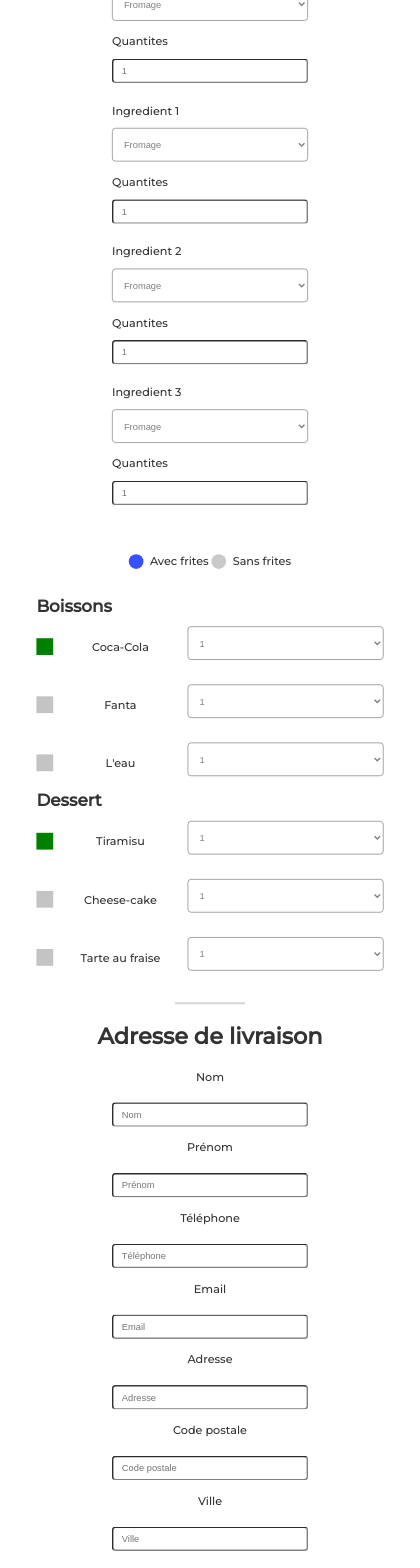
Repository: sisilass31/bella-olonje
Page: html/commande.html
The author's editor kept a copy of each file at every save. The page is drawn from the files as they stood at one save, then again after a run of saves.
The browser window is 600 px wide. The pictures show the part of the page from y = 1584 to 3824 px (the page is 4086 px tall), at 70% of full size.
Some web libraries are served in a nearby version.

Above is the page before, as saved 2023-02-15 09:52:43.

### html/commande.html
<!DOCTYPE html>
<html lang="fr">

<head>
  <meta charset="UTF-8">
  <meta http-equiv="X-UA-Compatible" content="IE=edge">
  <meta name="viewport" content="width=device-width, initial-scale=1.0">
  <link rel="stylesheet" href="https://pro.fontawesome.com/releases/v5.10.0/css/all.css">
  <link rel="stylesheet" href="../css/commande.css">
  <title>Votre commande</title>
</head>

<body>

  <header>
    <nav>
      <ul class='nav-bar'>
        <li class='logo'><a href='#'><img src="../img/logo.png" alt="jsp"></a></li>
        <input type='checkbox' id='check' />
        <span class="menu">
          <li><a href="acceuil.html" class="nav-link">Home</a></li>
          <li><a href="#pizza" class="nav-link">Pizzas</a></li>
          <li><a href="#burger" class="nav-link">Burgers</a></li>
          <li><a href="#salades" class="nav-link">Salades</a></li>
          <li><a href="contact.html" class="nav-link">Contact</a></li>
          <label for="check" class="close-menu"><i class="fas fa-times"></i></label>
        </span>
        <label for="check" class="open-menu"><i class="fas fa-bars"></i></label>
      </ul>
    </nav>

    <div class="food_app">
      <div class="title_food_app">
        <h3>Food app</h3>
        <strong>Chez Bella <br>chaque désir s'additionne.</strong>
      </div>
    </div>
  </header>

  <main>
    <div class="infos" id="form-infos">
      <form>
        <h1>Vos informations</h1>

        <div class="grp_infos">
          <div class="nom_prenom">
            <div class="label1">
              <label class="label_nom">Nom</label><br>
              <input type="text" placeholder="Nom">
            </div>
            <div class="label1">
              <label class="label_nom">Prénom</label><br>
              <input type="text" placeholder="Prénom">
            </div>
          </div>

          <div class="telephone_email">
            <div class="label1">
              <label class="label_nom">Téléphone</label><br>
              <input type="text" placeholder="Téléphone">
            </div>
            <div class="label1">
              <label class="label_nom">Email</label><br>
              <input type="text" placeholder="Email">
            </div>
          </div>
        </div>
      </form>
    </div>

    <hr>

    <div class="commande">
      <form>
        <h1>Votre commande</h1>
        <h3>Suppléments</h3>
        <div class="grp_suppliment">
          <div class="ingredient_quantite">
            <div class="fromage">
              <label>Ingredient</label><br>
              <select name="ingr" class="suppléments">
                <option value="fromage">Fromage</option>
                <option value="fromage">Fromage</option>
                <option value="fromage">Fromage</option>
                <option value="fromage">Fromage</option>
                <option value="fromage">Fromage</option>
                <option value="fromage">Fromage</option>
                <option value="fromage">Fromage</option>
              </select>
            </div>
            <div class="box">
              <label>Quantites</label><br>
              <input type="number" min="0" placeholder="1">
            </div>
          </div>

          <div class="ingredient_quantite">
            <div class="fromage">
              <label>Ingredient 1</label><br>
              <select name="ingr" class="suppléments">
                <option value="fromage">Fromage</option>
                <option value="fromage">Fromage</option>
                <option value="fromage">Fromage</option>
                <option value="fromage">Fromage</option>
                <option value="fromage">Fromage</option>
                <option value="fromage">Fromage</option>
                <option value="fromage">Fromage</option>
              </select>
            </div>
            <div class="box">
              <label>Quantites</label><br>
              <input type="number" min="0" placeholder="1">
            </div>
          </div>

          <div class="ingredient_quantite">
            <div class="fromage">
              <label>Ingredient 2</label><br>
              <select name="ingr" class="suppléments">
                <option value="fromage">Fromage</option>
                <option value="fromage">Fromage</option>
                <option value="fromage">Fromage</option>
                <option value="fromage">Fromage</option>
                <option value="fromage">Fromage</option>
                <option value="fromage">Fromage</option>
                <option value="fromage">Fromage</option>
              </select>
            </div>
            <div class="box">
              <label>Quantites</label><br>
              <input type="number" min="0" placeholder="1">
            </div>
          </div>

          <div class="ingredient_quantite">
            <div class="fromage">
              <label>Ingredient 3</label><br>
              <select name="ingr" class="suppléments">
                <option value="fromage">Fromage</option>
                <option value="fromage">Fromage</option>
                <option value="fromage">Fromage</option>
                <option value="fromage">Fromage</option>
                <option value="fromage">Fromage</option>
                <option value="fromage">Fromage</option>
                <option value="fromage">Fromage</option>
              </select>
            </div>
            <div class="box">
              <label>Quantites</label><br>
              <input type="number" min="0" placeholder="1">
            </div>
          </div>
        </div>


        <div class="check2">
          <label class="container">Avec frites
            <input type="radio" checked="checked" name="radio">
            <span class="checkmark"></span>
          </label>
          <label class="container">Sans frites
            <input type="radio" name="radio">
            <span class="checkmark"></span>
          </label>
        </div>


        <div class="all">
          <div class="content_of_boisson">
            <h2>Boissons</h2>
            <div class="boissons">
              <div class="carre"></div>
              <label>Coca-Cola</label>
              <select name="Fromage" class="Fromage" style="margin-top: 10px;">
                <option value="">1</option>
                <option value="">2</option>
                <option value="">3</option>
                <option value="">4</option>
              </select>
            </div>
            <div class="boissons">
              <div class="carre grey"></div>
              <label>Fanta</label>
              <select name="Fromage" class="Fromage" style="margin-top: 10px;">
                <option value="">1</option>
                <option value="">2</option>
                <option value="">3</option>
                <option value="">4</option>
              </select>
            </div>
            <div class="boissons">
              <div class="carre grey"></div>
              <label>L'eau</label>
              <select name="Fromage" class="Fromage" style="margin-top: 10px;">
                <option value="">1</option>
                <option value="">2</option>
                <option value="">3</option>
                <option value="">4</option>
              </select>
            </div>
          </div>

          <div class="content_of_dessert">
            <h2>Dessert</h2>
            <div class="boissons dessert">
              <div class="carre"></div>
              <label>Tiramisu</label>
              <select name="Fromage" class="Fromage" style="margin-top: 10px;">
                <option value="">1</option>
                <option value="">2</option>
                <option value="">3</option>
                <option value="">4</option>
              </select>
            </div>
            <div class="boissons dessert">
              <div class="carre grey"></div>
              <label>Cheese-cake</label>
              <select name="Fromage" class="Fromage" style="margin-top: 10px;">
                <option value="">1</option>
                <option value="">2</option>
                <option value="">3</option>
                <option value="">4</option>
              </select>
            </div>
            <div class="boissons dessert">
              <div class="carre grey"></div>
              <label>Tarte au fraise</label>
              <select name="Fromage" class="Fromage" style="margin-top: 10px;">
                <option value="">1</option>
                <option value="">2</option>
                <option value="">3</option>
                <option value="">4</option>
              </select>
            </div>
          </div>
        </div>

      </form>
    </div>

    <hr>

    <div class="livraison">
      <form>
        <h1>Adresse de livraison</h1>
        <div class="grp_infos">
          <div class="nom_prenom">
            <div class="label1">
              <label class="label_nom">Nom</label><br>
              <input type="text" placeholder="Nom">
            </div>
            <div class="label1">
              <label class="label_nom">Prénom</label><br>
              <input type="text" placeholder="Prénom">
            </div>
          </div>

          <div class="telephone_email">
            <div class="label1">
              <label class="label_nom">Téléphone</label><br>
              <input type="text" placeholder="Téléphone">
            </div>
            <div class="label1">
              <label class="label_nom">Email</label><br>
              <input type="text" placeholder="Email">
            </div>
          </div>
          <div class="nom_prenom">
            <div class="label1">
              <label class="label_nom">Adresse</label><br>
              <input type="text" placeholder="Adresse">
            </div>
            <div class="label1">
              <label class="label_nom">Code postale</label><br>
              <input type="text" placeholder="Code postale">
            </div>
          </div>

          <div class="telephone_email">
            <div class="label1">
              <label class="label_nom">Ville</label><br>
              <input type="text" placeholder="Ville">
            </div>
            <div class="label1">
              <label class="label_nom">Pays</label><br>
              <input type="text" placeholder="Pays">
            </div>
          </div>
        </div>
        <div class="div_button"><button class="button" type="button">Envoyer</button></div>
      </form>

    </div>
  </main>

</body>

### css/commande.css
@import url('https://fonts.googleapis.com/css2?family=Montserrat:wght@100;200;500&display=swap');

* {
    margin: 0px;
    padding: 0px;
    scroll-behavior: smooth;
    box-sizing: border-box;
}

html,
body {
    font-family: Montserrat, sans-serif;
    background-size: cover;
    background-position: center;
    height: 100vh;
    background-repeat: no-repeat;
    scroll-behavior: smooth;
}

/*navbar*/
.nav-bar {
    width: 100%;
    display: flex;
    justify-content: space-between;
    align-items: center;
    list-style: none;
    position: relative;
    background-color: #FFF;
    padding: 12px 20px;
}

.logo img {
    width: 150px;
}

.menu {
    display: flex;
}

.menu li {
    padding-left: 30px;
    padding-right: 55px;
}

.menu li a {
    display: inline-block;
    text-decoration: none;
    color: #333;
    text-align: center;
    position: relative;
}

.menu li a:hover {
    color: #FA4A0C;
}

.open-menu {
    position: absolute;
    color: #FA4A0C;
    cursor: pointer;
    font-size: 1.5rem;
    display: none;
}

.close-menu {
    position: absolute;
    color: #333;
    cursor: pointer;
    font-size: 1.5rem;
    display: none;
    padding: 10px;
}

.open-menu {
    top: 50%;
    right: 20px;
    transform: translateY(-50%);
}

.close-menu {
    top: 20px;
    right: 20px;
}

#check {
    display: none;
}

@media(max-width: 920px) {
    .menu {
        flex-direction: column;
        align-items: center;
        width: 60%;
        height: 100vh;
        position: fixed;
        top: 0;
        right: -100%;
        z-index: 100;
        background-color: #FA4A0C;
        transition: all 0.2s ease-in-out;
        padding-top: 100px;
    }

    .menu li {
        margin-top: 40px;
    }

    .menu li a {
        padding: 10px;
        color: #FFF;
    }

    .open-menu {
        display: block;
        padding-right: 25px;
        padding-top: 13px;
    }

    .close-menu {
        display: block;
        color: #FFF;
        padding-right: 25px;
        padding-top: 22px;
    }

    #check:checked~.menu {
        right: 0;
    }

    .menu li a:hover {
        color: #333;
    }

    .nav-link {
        font-family: Montserrat;
        letter-spacing: .8px;
    }
}

/*navbar*/


/*food_app*/
.title_food_app {
    padding-top: 50px;
}

.food_app {
    background-image: url(../img/food_app.png);
    min-height: 90vh;
    background-repeat: no-repeat;
    background-position: center;
    background-size: cover;
}

.title_food_app h3 {
    font-family: 'Montserrat';
    font-style: normal;
    font-weight: 550;
    font-size: 24px;
    line-height: 36px;
    text-align: center;
    letter-spacing: 0.1px;
    color: #F7F7F7;
    padding-top: 50px;
}

.title_food_app {

    font-family: Montserrat;
    font-style: normal;
    font-weight: 600;
    font-size: 58px;
    line-height: 80px;
    text-align: center;
    letter-spacing: 0.2px;
    color: #FFFFFF;
}

.title_pizza {
    display: flex;
    justify-content: center;
    color: #000000;
}

/*food_app*/


/*infos*/


.ingredient_quantite {
    display: flex;
    flex-direction: row;
    justify-content: flex-start;
    gap: 20%;
    margin-bottom: 10px;
}


main {
    color: #333333;
}

.label1 input {
    width: 280px;
    height: 35px;
    margin-bottom: 20px;
    margin-top: 8px;
    padding: 5px 12px;
    color: grey;
    border-radius: 5px;
    border-color: gray;
}


.infos h1 {
    padding-top: 50px;
    padding-bottom: 30px;
    margin-left: 65px;
}

hr {
    height: 3px;
    background-color: #d8d8d8;
    border: none;
    margin: 25px 250px 25px;
}

.nom_prenom {
    display: flex;
    justify-content: space-between;
    padding: 0px 600px 28px 65px;
}

.telephone_email {
    display: flex;
    justify-content: space-between;
    padding: 0px 600px 28px 65px;
}

/*infos*/

/*livraison*/

.livraison h1 {
    margin-left: 65px;
    padding-top: 30px;
    padding-bottom: 50px;
}

/*livraison*/

/*commande*/
.suppléments {
    width: 280px;
    height: 48px;
    margin-bottom: 20px;
    margin-top: 15px;
    padding: 5px 12px;
    color: grey;
    border-radius: 5px;
    border-color: gray;
    background-color: #FFFFFF;
}


.commande {
    margin-left: 65px;
}

.commande h1 {
    padding-top: 30px;
}

.commande h3 {
    padding-top: 50px;
    padding-bottom: 42px;
}

.box input {
    width: 280px;
    height: 35px;
    margin-bottom: 20px;
    margin-top: 15px;
    padding: 5px 12px;
    color: grey;
    border-radius: 5px;
    border-color: gray;
}

.boissons_dessert {
    display: flex;
    flex-direction: row;
}

/*commande*/


.div_button {
    padding: 50px 150px 70px 0px;
    display: flex;
    justify-content: flex-end;
}

button {
    border: 0;
    line-height: 2.5;
    width: 120px;
    padding: 0 18px;
    font-size: 18px;
    text-align: center;
    color: #fff;
    border-radius: 20px;
    background-color: #FA4A0C;
    box-shadow: 1px 1px 5px #B73227;
}


/*dessert et boissons*/

.avec,
.sans {
    display: flex;
    flex-direction: row;
    justify-content: space-around;
    width: 150px;
    height: 40px;
    align-items: center;
}

.sans_f {
    padding-top: 39px;
    padding-left: 50px;
}

.avec_f {
    padding-left: 10px;
}



.boissons {
    display: flex;
    align-items: center;
    justify-content: space-between;
    width: 31rem;
    padding-top: 5px;
}

.carre {
    width: 24px;
    height: 24px;
    background-color: green;
}

.carre.grey {
    background-color: #C4C4C4;
}

.all {
    display: flex;
}

.content_of_dessert {
    margin-left: 186px;
}

.Fromage {
    padding: 7px;
    border-radius: 5px;
    width: 280px;
    height: 48px;
    margin-bottom: 20px;
    margin-top: 8px;
    padding: 5px 12px;
    color: grey;
    border-radius: 5px;
    border-color: gray;
    background-color: #FFFFFF;
}

/*dessert et boissons*/


/*checkbox*/
.check2 {
    padding-top: 40px;
    padding-bottom: 40px;
}

.container {
    position: relative;
    cursor: pointer;
    font-size: 16px;
    padding-left: 30px;
}

.container input {
    position: absolute;
    opacity: 0;
    cursor: pointer;
}

.checkmark {
    position: absolute;
    top: 0;
    left: 0;
    height: 21px;
    width: 21px;
    background-color: rgba(176, 176, 176, 0.677);
    border-radius: 50%;
}


.container input:checked~.checkmark {
    background-color: #3751FF;
}

.checkmark:after {
    position: absolute;
    display: none;
}

.container input:checked~.checkmark:after {
    display: block;
}

.container .checkmark:after {
    top: 9px;
    left: 9px;
    width: 8px;
    background: white;
}

/*checkbox*/

/*responsive*/
@media (max-width:767px) {
    .grp_infos {
        display: flex;
        flex-direction: column;
        justify-content: center;
        margin-top: 5%;
    }

    .label1 {
        margin: 0;
        display: flex;
        justify-content: center;
        align-items: center;
        flex-direction: column;
    }

    .suppléments {
        width: 280px;
    }

    .box input {
        width: 280px;
    }

    .infos h1 {
        padding: 50px;
        margin: 0;
        display: flex;
        justify-content: center;
    }

    .livraison h1 {
        padding: 0;
        margin: 0;
        display: flex;
        justify-content: center;
    }

    .nom_prenom {
        justify-content: center;
        padding: 0;
        flex-direction: column;
    }

    .telephone_email {
        justify-content: center;
        padding: 0;
        flex-direction: column;
    }

    .content_of_dessert {
        margin-left: 0px;
    }

    .all {
        display: flex;
        flex-direction: column;
        margin: 0;
    }

    form {
        display: flex;
        justify-content: center;
        align-items: center;
        flex-direction: column;
    }

    .commande h1 {
        padding-top: 0;
        display: flex;
        justify-content: center;
    }

    .commande {
        margin-left: 0;
        display: flex;
        justify-content: center;
    }

    .ingredient_quantite {
        flex-direction: column;
    }

    .infos h1 {
        padding: 5%;
        padding-bottom: 0px;
    }

}

/* Ipad Mini to ipad */
@media screen and (min-width:768px) and (max-width:991px) {
    .grp_infos {
        display: flex;
        flex-direction: column;
        justify-content: center;
        margin-top: 5%;
    }

    .label1 {
        margin-left: 5%;
    }

    .infos h1 {
        padding: 50px;
        margin: 0;
        display: flex;
        justify-content: center;
    }

    .livraison h1 {
        padding: 0;
        margin: 0;
        display: flex;
        justify-content: center;
    }

    .nom_prenom {
        justify-content: center;
        padding: 0;
    }

    .telephone_email {
        justify-content: center;
        padding: 0;
    }

    .content_of_dessert {
        margin-left: 0px;
    }

    .all {
        display: flex;
        flex-direction: column;
        margin: 0;
    }

    form {
        display: flex;
        flex-direction: column;
    }

    .commande h1 {
        padding-top: 0;
        display: flex;
        justify-content: center;
    }

    .commande {
        margin-left: 0;
        display: flex;
        justify-content: center;
    }

    .ingredient_quantite {
        flex-direction: column;
    }

    .suppléments {
        width: 500px;
    }

    .box input {
        width: 500px;
    }

    .infos h1 {
        padding: 5%;
        padding-bottom: 0px;
    }

}

/* Ipad et Mini Ordi */
@media screen and (min-width:992px) and (max-width:1199px) {}

/*responsive*/

After the next 3 saves:
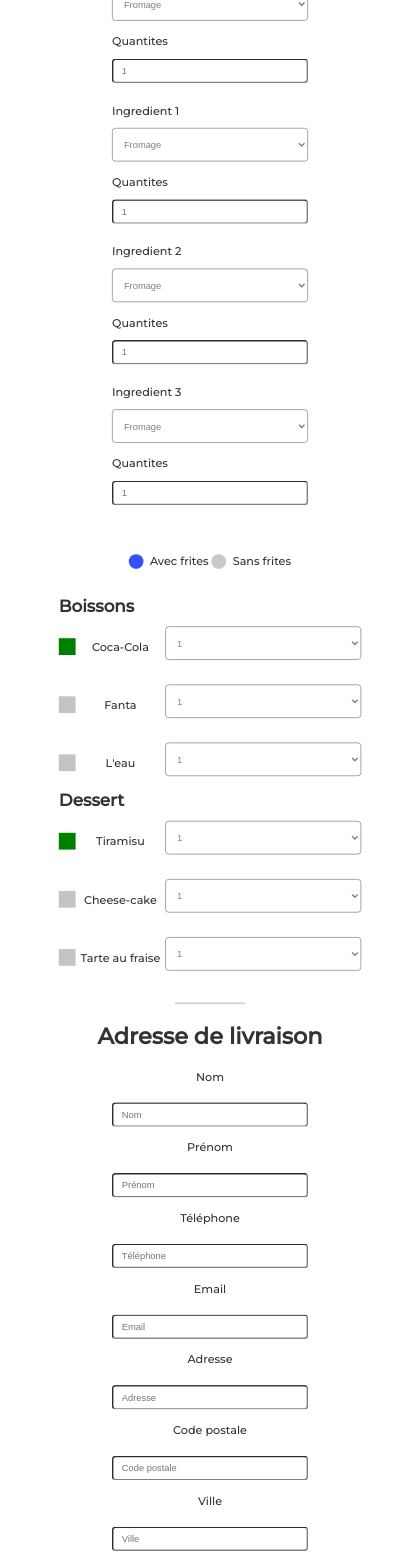
The 3 saves are shown as one change because they came seconds apart.
The last was saved 3 min 43 s later.
--- a/css/commande.css
+++ b/css/commande.css
@@ -524,6 +524,9 @@ button {
         padding-bottom: 0px;
     }
 
+    .boissons {
+        width: 27rem;
+    }
 }
 
 /* Ipad Mini to ipad */
